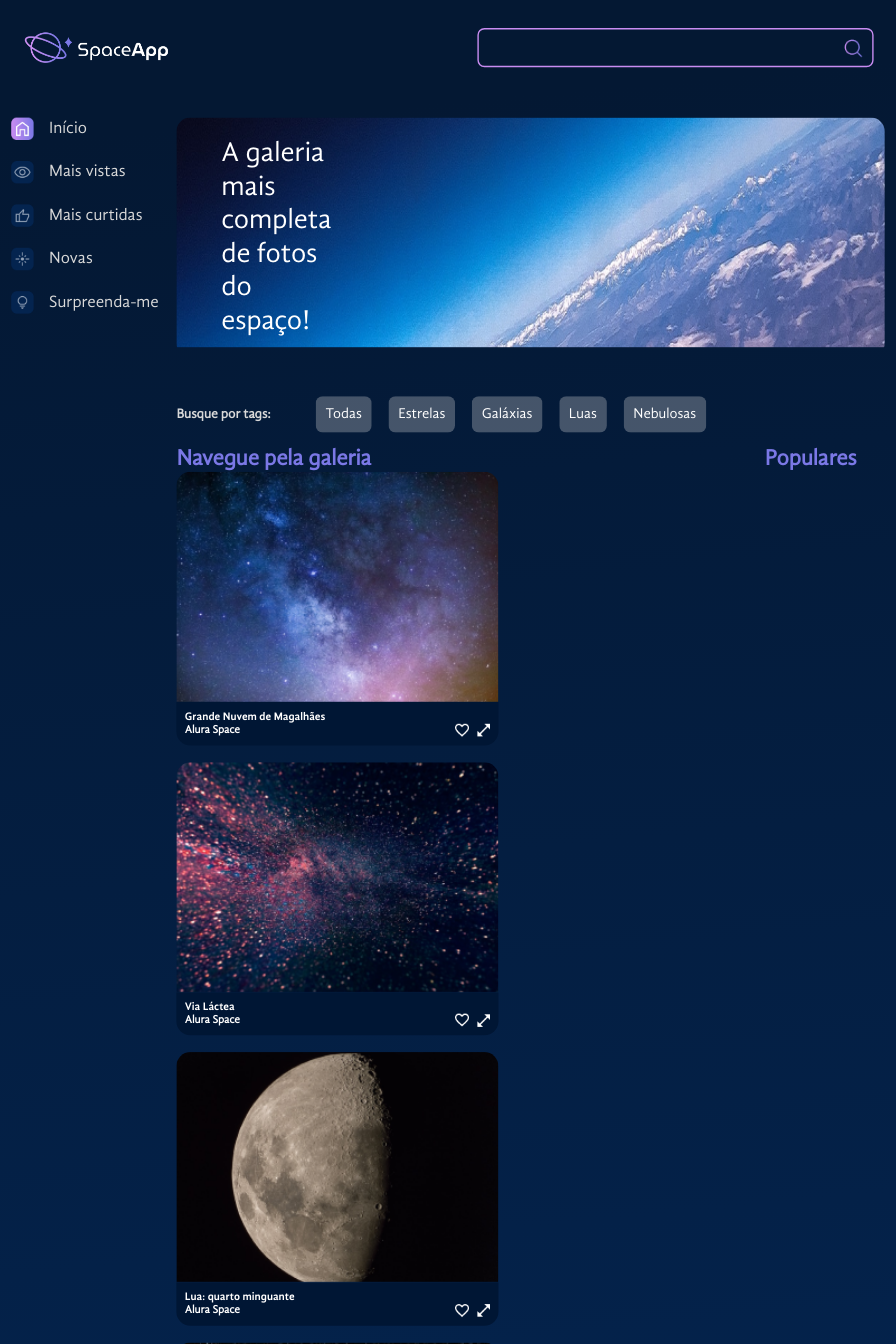
Repository: guilhermecardoso93/space-app-alura
Page: /
An editor plug-in stored every save of this project. The page is shown before and after the next save, followed by the edit.
The browser window is 1280 px wide. The pictures show the part of the page from y = 0 to 1920 px (the page is 4810 px tall before and 4778 px after), at 70% of full size.
The project was rebuilt for these pictures with package versions that can differ from the ones it lists, and the page was loaded fresh each time. Also part of the build but not shown: vite.config.js.

Above is the page before, as saved 2024-06-21 21:05:08.

### index.html
<!doctype html>
<html lang="en">
  <head>
    <meta charset="UTF-8" />
    <link rel="icon" type="image/svg+xml" href="/imagens/logo.png" />
    <meta name="viewport" content="width=device-width, initial-scale=1.0" />
    <title>SpaceApp</title>
  </head>
  <body>
    <div id="root"></div>
    <script type="module" src="/src/main.jsx"></script>
  </body>
</html>

### src/App.jsx
import { useState } from "react"
import { Banner } from "./components/Banner";
import { EstilosGlobais } from "./components/EstilosGlobais";
import { Header } from "./components/Header";
import { SideBar } from "./components/SideBar";

import fotos from './json/fotos.json'

import bannerBackground from "./assets/banner.png";
import {
  AppContainer,
  ConteudoGaleria,
  FundoGradiente,
  MainContainer,
} from "./styles";
import { Gallery } from "./components/Gallery";


export function App() {
  const [fotosDaGaleria, setFotosDaGaleria] = useState(fotos)

  return (
    <FundoGradiente>
      <EstilosGlobais />
      <AppContainer>
        <Header />
        <MainContainer>
          <SideBar />
          <ConteudoGaleria>
            <Banner
              texto="A galeria mais completa de fotos do espaço!"
              backgroundImage={bannerBackground}
            />
            <Gallery fotos={fotosDaGaleria}/>
          </ConteudoGaleria>
        </MainContainer>
      </AppContainer>
    </FundoGradiente>
  );
}

### src/components/Banner/index.jsx
import { styled } from "styled-components";

export function Banner(props) {
  return (
    <FigureEstilizada $backgroundImage={props.backgroundImage}>
      <TituloEstilizado>{props.texto}</TituloEstilizado>
    </FigureEstilizada>
  );
}

const FigureEstilizada = styled.figure`
  background-image: ${(props) => `url(${props.$backgroundImage})`};
  flex-grow: 1;
  background-repeat: no-repeat;
  display: flex;
  align-items: center;
  min-height: 328px;
  margin: 0;
  border-radius: 20px;
  max-width: 100%;
`;

const TituloEstilizado = styled.h1`
  font-weight: 400;
  font-size: 40px;
  line-height: 48px;
  color: #ffffff;
  max-width: 300px;
  padding: 0 64px;
`;

### src/components/EstilosGlobais/index.jsx
import { createGlobalStyle } from "styled-components";

import GandhiSansRegular from "./fonts/GandhiSans-Regular.otf";
import GandhiSansBold from "./fonts/GandhiSans-Bold.otf";

export const EstilosGlobais = createGlobalStyle`
  @font-face {
    font-family: 'GandhiSansRegular';
    src: local('Gandhi Sans Regular'), local('GandhiSansRegular'), url(${GandhiSansRegular});
  }
  @font-face {
    font-family: 'GandhiSansBold';
    src: local('Gandhi Sans Bold'), local('GandhiSansBold'), url(${GandhiSansBold});
  }

  * {
  margin: 0;
  padding: 0;
  box-sizing: border-box;
}

html {
  line-height: 1.15;
  -webkit-text-size-adjust: 100%;
  font-family: GandhiSansRegular;
}
body {
  margin: 0;
  min-height: 100vh;
}
main {
  display: block;
}
h1 {
  font-size: 2em;
  margin: 0.67em 0;
}
hr {
  box-sizing: content-box;
  height: 0;
  overflow: visible;
}
a {
  background-color: transparent;
}
abbr[title] {
  border-bottom: none;
  text-decoration: underline;
  text-decoration: underline dotted;
}
b,
strong {
  font-weight: bolder;
}
code,
kbd,
samp {
  font-family: monospace, monospace;
  font-size: 1em;
}
small {
  font-size: 80%;
}
sub,
sup {
  font-size: 75%;
  line-height: 0;
  position: relative;
  vertical-align: baseline;
}
sub {
  bottom: -0.25em;
}
sup {
  top: -0.5em;
}
img {
  border-style: none;
}
button,
input,
optgroup,
select,
textarea {
  font-family: inherit;
  font-size: 100%;
  line-height: 1.15;
  margin: 0;
}
button,
input {
  overflow: visible;
}
button,
select {
  text-transform: none;
}
button,
[type="button"],
[type="reset"],
[type="submit"] {
  -webkit-appearance: button;
}
button::-moz-focus-inner,
[type="button"]::-moz-focus-inner,
[type="reset"]::-moz-focus-inner,
[type="submit"]::-moz-focus-inner {
  border-style: none;
  padding: 0;
}
button:-moz-focusring,
[type="button"]:-moz-focusring,
[type="reset"]:-moz-focusring,
[type="submit"]:-moz-focusring {
  outline: 1px dotted ButtonText;
}
fieldset {
  padding: 0.35em 0.75em 0.625em;
}
legend {
  box-sizing: border-box;
  color: inherit;
  display: table;
  max-width: 100%;
  padding: 0;
  white-space: normal;
}
progress {
  vertical-align: baseline;
}
textarea {
  overflow: auto;
}
[type="checkbox"],
[type="radio"] {
  box-sizing: border-box;
  padding: 0;
}
[type="number"]::-webkit-inner-spin-button,
[type="number"]::-webkit-outer-spin-button {
  height: auto;
}
[type="search"] {
  -webkit-appearance: textfield;
  outline-offset: -2px;
}
[type="search"]::-webkit-search-decoration {
  -webkit-appearance: none;
}
::-webkit-file-upload-button {
  -webkit-appearance: button;
  font: inherit;
}
details {
  display: block;
}
summary {
  display: list-item;
}
template {
  display: none;
}
[hidden] {
  display: none;
}
`;

### src/components/Header/index.jsx
import { CampoTexto } from "../CampoTexto";
import { HeaderContainer } from "./styles";

export function Header() {
  return (
    <HeaderContainer>
      <img src="/imagens/logo.png" alt="Logo" />
      <CampoTexto />
    </HeaderContainer>
  );
}

### src/components/SideBar/index.jsx
import { SideBarContainer, SidebarLista } from "./styles";
import { ItemLista } from "./ItemLista";

export function SideBar() {
  return (
    <SideBarContainer>
      <nav>
        <SidebarLista>
          <a href="/">
            <ItemLista
              iconeAtivo="/icones/home-ativo.png"
              iconeInativo="/icones/home-inativo.png"
              ativo={true}
            >
              Início
            </ItemLista>
          </a>
          <ItemLista
            iconeAtivo="/icones/mais-vistas-ativo.png"
            iconeInativo="/icones/mais-vistas-inativo.png"
          >
            Mais vistas
          </ItemLista>
          <a href="/"></a>
          <ItemLista
            iconeAtivo="/icones/mais-curtidas-ativo.png"
            iconeInativo="/icones/mais-curtidas-inativo.png"
          >
            Mais curtidas
          </ItemLista>
          <ItemLista
            iconeAtivo="/icones/novas-ativo.png"
            iconeInativo="/icones/novas-inativo.png"
          >
            Novas
          </ItemLista>
          <a href="/"></a>
          <a href="/"></a>
          <ItemLista
            iconeAtivo="/icones/surpreenda-me-ativo.png"
            iconeInativo="/icones/surpreenda-me-inativo.png"
          >
            Surpreenda-me
          </ItemLista>
          <a href="/"></a>
        </SidebarLista>
      </nav>
    </SideBarContainer>
  );
}

### src/styles.js
import { styled } from "styled-components";

export const FundoGradiente = styled.div`
  background: linear-gradient(
    174.61deg,
    #041833 4.16%,
    #04244f 48%,
    #154580 96.76%
  );
  width: 100%;
  min-height: 100vh;
`;

export const AppContainer = styled.div`
  width: 1440px;
  max-width: 100%;
  margin: 0 auto;
  padding: 1rem;
`;

export const MainContainer = styled.main`
  display: flex;
  gap: 24px;
`;

export const ConteudoGaleria = styled.section`
  display: flex;
  flex-direction: column;
  flex-grow: 1;
`;

### src/components/Gallery/index.jsx
import { Titulo } from "../Titulo";
import { Imagem } from "./Imagem";
import { SectionPopulares } from "./SectionPopulares";
import { Tags } from "./Tags";

import { GaleriaContainer, SecaoFluida, ImagensContainer } from "./styles";

export function Gallery({ fotos = [] }) {
  return (
    <div>
      <Tags />
      <GaleriaContainer>
        <SecaoFluida>
          <Titulo>Navegue pela galeria</Titulo>
          <ImagensContainer>
            {fotos.map((foto) => (
              <Imagem key={foto.id} foto={foto} />
            ))}
          </ImagensContainer>
        </SecaoFluida>
        <SectionPopulares />
      </GaleriaContainer>
    </div>
  );
}

### src/components/CampoTexto/index.jsx
import { ContainerEstilizado, IconeLupa, CampoTextoEstilizado} from './styles'
import search from './search.png'

export function CampoTexto(props) {
  return (
    <ContainerEstilizado>
        <CampoTextoEstilizado {...props} />
        <IconeLupa src={search} alt="ícone de lupa" />
    </ContainerEstilizado>
)
}

### src/components/Header/styles.js
import styled from "styled-components";

export const HeaderContainer = styled.header`
  padding: 60px 0;
  display: flex;
  justify-content: space-between;
  align-items: center;
  padding: 1rem;
  margin-bottom: 3rem;

  img {
    max-width: 212px;
  }
`;

### src/components/SideBar/styles.js
import styled from "styled-components";

export const SideBarContainer = styled.aside`
  a {
    text-decoration: none;
  }
`;

export const SidebarLista = styled.ul`
  list-style: none;
  padding: 0;
  margin: 0;
  width: 212px;
`;

### src/components/SideBar/ItemLista/index.jsx
/* eslint-disable react/prop-types */
import styled from "styled-components";

export function ItemLista(props) {
  return (
    <ItemListaLi>
      <img src={props.ativo ? props.iconeAtivo : props.iconeInativo} alt="" />
      {props.children}
    </ItemListaLi>
  );
}

const ItemListaLi = styled.li`
  font-size: 24px;
  line-height: 29px;
  margin-bottom: 30px;
  cursor: pointer;
  color: ${(props) => (props.$ativo ? "#7B78E5" : "#D9D9D9")};
  font-family: ${(props) =>
    props.$ativo ? "GandhiSansBold" : "GandhiSansRegular"};
  display: flex;
  align-items: center;
  gap: 22px;
`;

### src/components/Titulo/index.jsx
import styled from "styled-components";

export const Titulo = styled.h2`
  color: #7b78e6;
  font-size: 32px;
  text-align: ${(props) => (props.$alinhamento ? props.$alinhamento : "left")};
`;

### src/components/Gallery/Imagem/index.jsx
import { BotaoIcone } from "../../BotaoIcone";
import { Figure, Rodape } from "./styles";

export function Imagem({ foto, expandida = false }) {
  return (
    <Figure $expandida={expandida} id={`foto-${foto.id}`}>
      <img src={foto.path} alt={foto.alt} />
      <figcaption>
        <h3>{foto.titulo}</h3>
        <Rodape>
          <h4>{foto.fonte}</h4>
          <BotaoIcone>
            <img src="/icones/favorito.png" alt="Icone de favorito" />
          </BotaoIcone>
          {!expandida && (
            <BotaoIcone aria-hidden={expandida}>
              <img src="/icones/expandir.png" alt="Icone de expandir" />
            </BotaoIcone>
          )}
        </Rodape>
      </figcaption>
    </Figure>
  );
}

### src/components/Gallery/SectionPopulares/index.jsx
import { Titulo } from "../../Titulo";

export function SectionPopulares() {
  return (
    <div style={{ minWidth: 212 }}>
      <Titulo $alinhamento="center">Populares</Titulo>
    </div>
  );
}

### src/components/Gallery/Tags/index.jsx
import { TagTitulo, TagsContainer, Div, Tag } from "./styles";
import tags from "./tags.json";

export function Tags() {
  return (
    <TagsContainer>
      <TagTitulo>Busque por tags:</TagTitulo>
      <Div>
        {tags.map((tag) => (
          <Tag key={tag.id}>{tag.titulo}</Tag>
        ))}
      </Div>
    </TagsContainer>
  );
}

### src/components/Gallery/styles.js
import styled from "styled-components";

export const GaleriaContainer = styled.div`
    display: flex;
    gap: 24px;
`

export const SecaoFluida = styled.section`
    flex-grow: 1;
`

export const ImagensContainer = styled.section`
    display: flex;
    justify-content: space-between;
    flex-wrap: wrap;
    gap: 24px;
`

### src/components/CampoTexto/styles.js
import { styled } from "styled-components";

export const ContainerEstilizado = styled.div`
  position: relative;
  display: inline-block;
`;

export const CampoTextoEstilizado = styled.input`
  height: 56px;
  padding: 12px 16px;
  border-radius: 10px;
  border: 2px solid;
  border-color: #c98cf1;
  background: transparent;
  box-sizing: border-box;
  width: 566px;
  color: #d9d9d9;
  font-weight: 400;
  font-size: 20px;
  line-height: 20px;
`;

export const IconeLupa = styled.img`
  position: absolute;
  top: 10px;
  right: 10px;
  width: 38px;
  height: 38px;
`;

### src/components/BotaoIcone/index.js
import { styled } from "styled-components";

export const BotaoIcone = styled.button`
  margin-left: 12px;
  display: flex;
  align-items: center;
  justify-content: center;
  background-color: transparent;
  border: none;
  cursor: pointer;
`;

### src/components/Gallery/Imagem/styles.js
import { styled } from "styled-components"

export const Figure = styled.figure`
  width: ${(props) => (props.$expandida ? "90%" : "460px")};
  max-width: 100%;
  margin: 0;
  display: flex;
  flex-direction: column;
  & > img {
    max-width: 100%;
    border-radius: 20px 20px 0 0;
  }
  figcaption {
    background-color: #001634;
    border-radius: 0px 0px 20px 20px;
    color: white;
    box-sizing: border-box;
    padding: 12px;
    h3 {
      font-family: "GandhiSansBold";
    }
    h4 {
      flex-grow: 1;
    }
    h3,
    h4 {
      margin: 0;
      font-size: 16px;
    }
  }
`;

export const Rodape = styled.footer`
  display: flex;
  justify-content: space-between;
  align-items: center;
`;

### src/components/Gallery/Tags/styles.js
import { styled } from "styled-components";
import tags from "./tags.json";

export const TagsContainer = styled.section`
  display: flex;
  align-items: center;
  gap: 64px;
  margin-top: 56px;
  margin-bottom: 20px;
`;

export const TagTitulo = styled.h3`
  color: #d9d9d9;
  font-size: 1.2rem;
  margin: 0;
`;

export const Tag = styled.button`
  font-size: 1.3rem;
  color: #ffffff;
  background: rgba(217, 217, 217, 0.3);
  border-radius: 10px;
  cursor: pointer;
  transition: background-color 0.3s ease;
  padding: 12px;
  box-sizing: border-box;
  border: 2px solid transparent;
  &:hover {
    border-color: #c98cf1;
  }
`;

export const Div = styled.div`
  display: flex;
  gap: 24px;
  justify-content: end;
`;

### src/components/Gallery/Tags/tags.json
[
  {
    "id": 0,
    "titulo": "Todas"
  },
  {
    "id": 1,
    "titulo": "Estrelas"
  },
  {
    "id": 2,
    "titulo": "Galáxias"
  },
  {
    "id": 3,
    "titulo": "Luas"
  },
  {
    "id": 4,
    "titulo": "Nebulosas"
  }
]

Loaded but not shown: src/main.jsx (common file); src/json/fotos.json (common file)

After the next save:
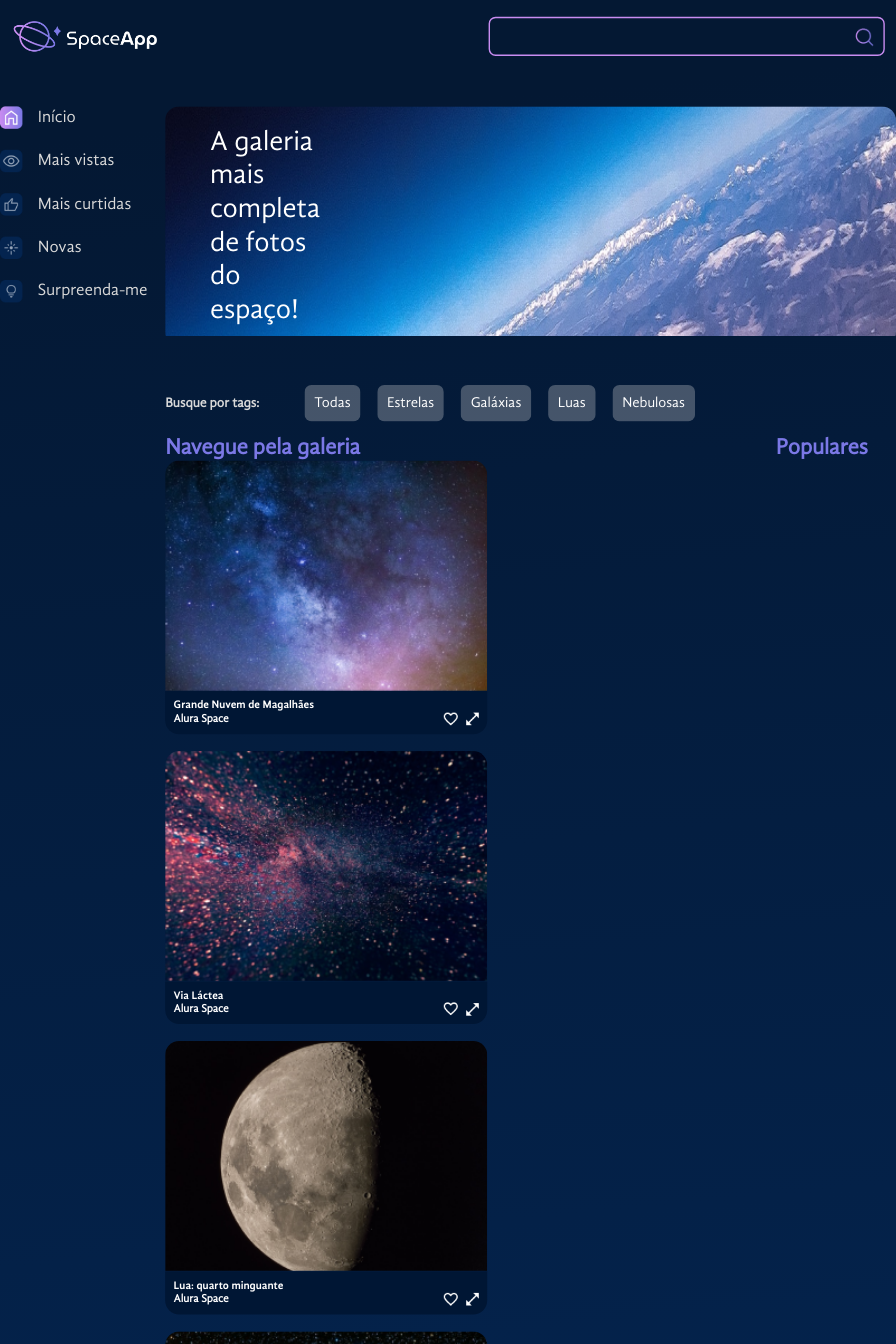
Saved 13 s later.
--- a/src/styles.js
+++ b/src/styles.js
@@ -13,9 +13,8 @@ export const FundoGradiente = styled.div`
 
 export const AppContainer = styled.div`
   width: 1440px;
+  margin: 0 auto;
   max-width: 100%;
-  margin: 0 auto;
-  padding: 1rem;
 `;
 
 export const MainContainer = styled.main`
